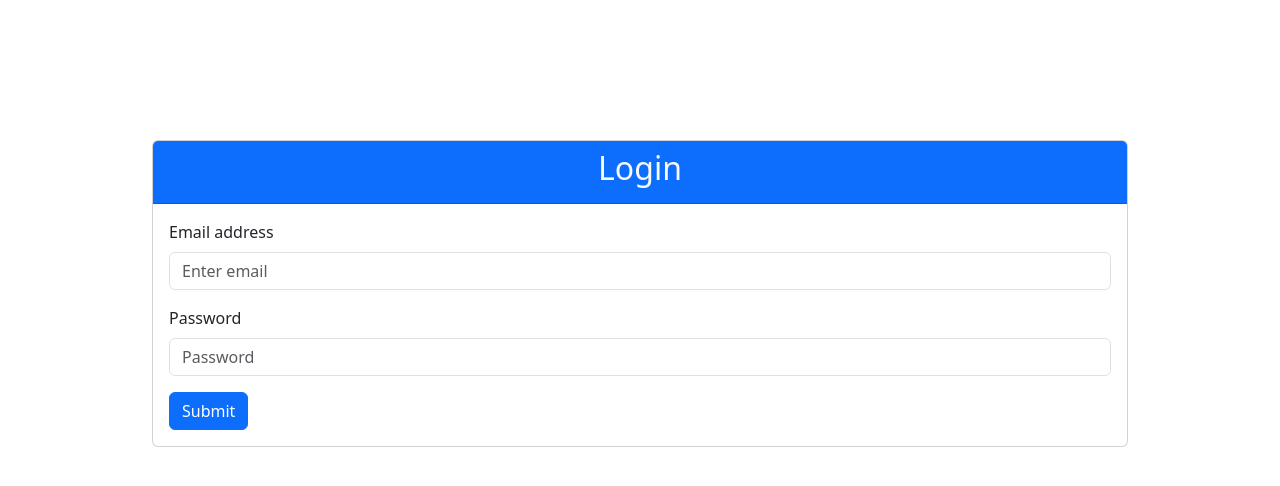
Repository: trider/react-task-app
Page: /tasks
The author's editor kept a copy of each file at every save. The page is drawn from the files as they stood at one save, then again after the next save.
The browser window is 1280 px wide. The pictures show the whole page.
The project was rebuilt for these pictures with package versions that can differ from the ones it lists, and the page was loaded fresh each time.

Above is the page before, as saved 2024-05-02 16:07:06.

After the next save:
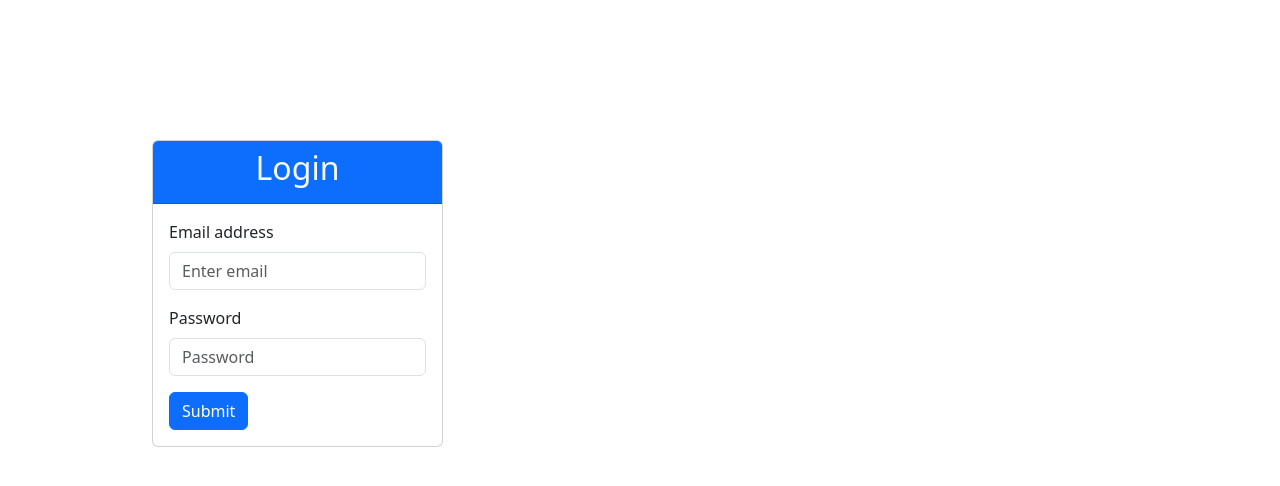
Saved 2 min 1 s later.
--- a/src/App.js
+++ b/src/App.js
@@ -11,7 +11,7 @@ import LoginForm from "./pages/Login";
 let App = () => {
   return (
     <div style={{padding:"140px"}}>
-       <Container fluid>
+       <Container fluid className='container-fluid container-lg d-lg-flex'>
           <LoginForm />
        </Container>
 
